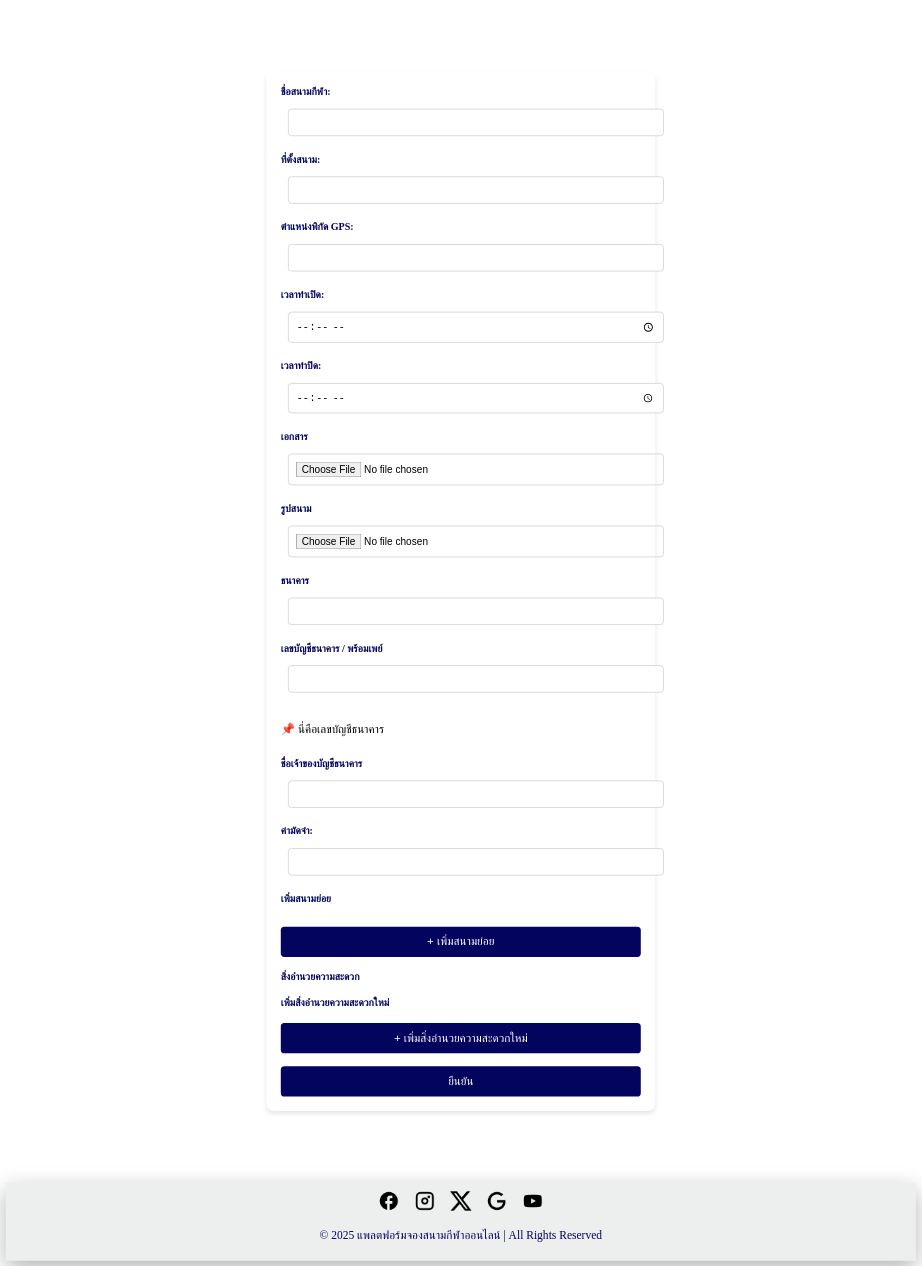
Repository: narawit101/project2
Page: /register-field (app in frontend/)
The author's editor kept a copy of each file at every save. The page is drawn from the files as they stood at one save, then again after the next save.
The browser window is 1280 px wide. The pictures show the whole page, at 72% of full size.
The page's requests for data from a server got no answer. The project was rebuilt for these pictures with package versions that can differ from the ones it lists, and the page was loaded fresh each time. The framework's server and built-in components were replaced by stand-ins that run in the browser. No one was signed in, and anything a server would have sent is missing. Also part of the build but not shown: frontend/next.config.js, frontend/next.config.mjs, frontend/src/app/globals.css.

Above is the page before, as saved 2025-03-18 23:43:27.

### frontend/src/app/layout.jsx
import { Kanit } from "next/font/google";
import "./globals.css";
import  Footer from "./components/Footer"

const kanitFont = Kanit({
  variable: "--font-kanit",
  subsets: ["latin", "thai"],
  weight: ["300", "400", "600"],
});

export const metadata = {
  title: "แพลตฟอร์มจองสนามกีฬาออนไลน์",
  description: "Generated by create next app",
  icons: {
    icon:"./favicon.ico"
  }
};

export default function RootLayout({ children }) {
  return (
    <html lang="en">
      <body className={`${kanitFont.variable} antialiased`}>{children}
      <Footer></Footer>
      </body>

    </html>
  );
}

### frontend/src/app/(shared)/register-field/page.jsx
import React from "react";
import RegisterFieldForm from "@/app/components/RegisterFieldForm";

export default function RegisterFieldPage() {
  return (
    <>
    <RegisterFieldForm></RegisterFieldForm>

    </>
  );
}

### frontend/src/app/components/Footer.jsx
import React from "react";
import "../css/footer.css";

export default function Footer() {
  return (
    <div>
      <footer className="footer">
        <div className="social-icons">
          <a href="#">
            <img src="img/fblogo.png" alt="Facebook" />
          </a>
          <a href="#">
            <img src="img/iglogo.png" alt="Instagram" />
          </a>
          <a href="#">
            <img src="img/xlogo.png" alt="Twitter" />
          </a>
          <a href="#">
            <img src="img/gglogo.png" alt="Google" />
          </a>
          <a href="#">
            <img src="img/ytlogo.png" alt="YouTube" />
          </a>
        </div>

        <p className="copyright">
          &copy; 2025 แพลตฟอร์มจองสนามกีฬาออนไลน์ | All Rights Reserved
        </p>
      </footer>
    </div>
  );
}

### frontend/src/app/components/RegisterFieldForm.jsx
"use client";
import React, { useState, useEffect } from "react";
import "../css/registerFieldForm.css";

export default function RegisterFieldForm() {
  const API_URL = "http://localhost:5000";

  const [sports, setSports] = useState([]);
  const [facilities, setFacilities] = useState([]);
  const [selectedFacilities, setSelectedFacilities] = useState({});
  const [subFields, setSubFields] = useState([]);
  const [addOns, setAddons] = useState([]);
  const [newFacility, setNewFacility] = useState("");
  const [showNewFacilityInput, setShowNewFacilityInput] = useState(false);

  const [fieldData, setFieldData] = useState({
    field_name: "",
    address: "",
    gps_location: "",
    documents: null,
    open_hours: "",
    close_hours: "",
    img_field: null,
    preview_img: null,
    number_bank: "",
    account_holder: "",
    price_deposit: "",
    name_bank: "",
    selectedSport: "",
  });

  // 📌 โหลดประเภทกีฬา
  useEffect(() => {
    fetch(`${API_URL}/sports_types`)
      .then((res) => res.json())
      .then((data) => setSports(data))
      .catch((error) => console.error("Error fetching sports:", error));
  }, []);

  // 📌 โหลดสิ่งอำนวยความสะดวก
  useEffect(() => {
    fetch(`${API_URL}/facilities`)
      .then((res) => res.json())
      .then((data) => setFacilities(data))
      .catch((error) => console.error("Error fetching facilities:", error));
  }, []);

  // 📌 อัปเดตค่าช่องกรอกข้อมูลสนาม
  const handleFieldChange = (e) => {
    setFieldData({ ...fieldData, [e.target.name]: e.target.value });
  };

  // 📌 ฟังก์ชันเลือก Checkbox สิ่งอำนวยความสะดวก
  const handleFacilityChange = (facId) => {
    setSelectedFacilities((prev) => {
      const updatedFacilities = { ...prev };
      if (updatedFacilities[facId] !== undefined) {
        delete updatedFacilities[facId];
      } else {
        updatedFacilities[facId] = "";
      }
      return updatedFacilities;
    });
  };

  // 📌 ฟังก์ชันอัปเดตราคาสิ่งอำนวยความสะดวก
  const handleFacilityPriceChange = (facId, price) => {
    setSelectedFacilities((prev) => ({
      ...prev,
      [facId]: price,
    }));
  };

  // 📌 ฟังก์ชันเพิ่มสิ่งอำนวยความสะดวกใหม่
  const addNewFacility = async () => {
    if (!newFacility.trim()) return;

    const res = await fetch(`${API_URL}/facilities/add`, {
      method: "POST",
      headers: { "Content-Type": "application/json" },
      body: JSON.stringify({ fac_name: newFacility }),
    });

    const data = await res.json();
    if (data.error) {
      console.error("Error:", data.error);
      return;
    }

    setFacilities([...facilities, data]);
    setNewFacility("");
    setShowNewFacilityInput(false);
  };

  // ✅ เพิ่มสนามย่อย (มี addOns ในตัวเอง)
  const addSubField = () => {
    // ✅ ดึง user_id จาก localStorage
    const storedUser = localStorage.getItem("user");
    const userData = storedUser ? JSON.parse(storedUser) : null;
    const userId = userData ? userData.user_id : null; // ดึง user_id

    setSubFields([
      ...subFields,
      { name: "", price: "", sport_id: "", user_id: userId, addOns: [] },
    ]);
  };

  // ✅ ลบสนามย่อย (รวมถึง Add-ons ที่อยู่ภายใน)
  const removeSubField = (index) => {
    setSubFields(subFields.filter((_, i) => i !== index));
  };

  // ✅ อัปเดตข้อมูลสนามย่อย
  const updateSubField = (index, key, value) => {
    const updatedSubFields = [...subFields];
    updatedSubFields[index][key] = value;
    setSubFields(updatedSubFields);
  };

  const addAddOn = (subIndex) => {
    const updatedSubFields = [...subFields];
    updatedSubFields[subIndex].addOns.push({ content: "", price: "" });
    setSubFields(updatedSubFields);
  };

  // 📌 อัปเดตค่า Add-on
  const updateAddOn = (subIndex, addOnIndex, key, value) => {
    const updatedSubFields = [...subFields];
    updatedSubFields[subIndex].addOns[addOnIndex][key] = value;
    setSubFields(updatedSubFields);
  };

  // 📌 ลบ Add-on
  const removeAddOn = (subIndex, addOnIndex) => {
    const updatedSubFields = [...subFields];
    updatedSubFields[subIndex].addOns.splice(addOnIndex, 1);
    setSubFields(updatedSubFields);
  };

  // 📌 ฟังก์ชันจัดการอัปโหลดรูป และแสดงตัวอย่าง
  const handleimgChange = (e) => {
    const file = e.target.files[0]; // ดึงไฟล์รูปจาก input
    if (file) {
      setFieldData({
        ...fieldData,
        img_field: file,
        imgPreview: URL.createObjectURL(file), // สร้าง URL เพื่อแสดงรูป
      });
    }
  };

  const handleSubmit = async (e) => {
    e.preventDefault();

    const storedUser = localStorage.getItem("user");
    if (!storedUser) {
      alert("❌ กรุณาเข้าสู่ระบบก่อน!");
      return;
    }

    const userData = JSON.parse(storedUser);
    const userId = userData.user_id; // ✅ ดึง user_id ตอน Submit

    const formData = new FormData();
    formData.append("documents", fieldData.documents);
    formData.append("img_field", fieldData.img_field); // ✅ เพิ่มการส่งรูปภาพ
    formData.append(
      "data",
      JSON.stringify({
        user_id: userId,
        field_name: fieldData.field_name,
        address: fieldData.address,
        gps_location: fieldData.gps_location,
        open_hours: fieldData.open_hours,
        close_hours: fieldData.close_hours,
        number_bank: fieldData.number_bank,
        account_holder: fieldData.account_holder,
        price_deposit: fieldData.price_deposit,
        name_bank: fieldData.name_bank,
        status: fieldData.status || "รอตรวจสอบ", // ✅ เพิ่มค่า Status
        selectedFacilities,
        subFields: subFields,
      })
    );

    try {
      const res = await fetch("http://localhost:5000/field/register", {
        method: "POST",
        body: formData,
      });

      const data = await res.json();
      if (data.error) {
        console.error("❌ Error:", data.error);
        alert("เกิดข้อผิดพลาด: " + data.error);
        return;
      }

      alert("บันทึกข้อมูลสนามเรียบร้อย! รูปภาพถูกอัปโหลดที่: " + data.img_path);
    } catch (error) {
      console.error("❌ Fetch Error:", error);
      alert("เกิดข้อผิดพลาดในการส่งข้อมูล");
    }
  };

  return (
    <div className="contianer">
      <form onSubmit={handleSubmit} encType="multipart/form-data">
        <div className="input-group">
          {" "}
          <label>ชื่อสนามกีฬา:</label>
          <input
            type="text"
            name="field_name"
            value={fieldData.field_name}
            onChange={handleFieldChange}
          />
        </div>
        <div className="input-group">
          <label>ที่ตั้งสนาม:</label>
          <input
            type="text"
            name="address"
            value={fieldData.address}
            onChange={handleFieldChange}
          />
        </div>
        <div className="input-group">
          <label>ตำแหน่งพิกัด GPS:</label>
          <input
            type="text"
            name="gps_location"
            value={fieldData.gps_location}
            onChange={handleFieldChange}
          />
        </div>
        <div className="input-group">
          <label>เวลาทำเปิด:</label>
          <input
            type="time"
            name="open_hours"
            value={fieldData.open_hours}
            onChange={handleFieldChange}
          />
        </div>
        <div className="input-group">
          <label>เวลาทำปิด:</label>
          <input
            type="time"
            name="close_hours"
            value={fieldData.close_hours}
            onChange={handleFieldChange}
          />
        </div>
        <div className="input-group">
          <label htmlFor="documents">เอกสาร</label>
          <input
            type="file"
            onChange={(e) =>
              setFieldData({ ...fieldData, documents: e.target.files[0] })
            }
          />
        </div>
        <div className="input-group">
          <label htmlFor="img_field">รูปสนาม</label>

          <input type="file" onChange={handleimgChange} accept="image/*" />
        </div>
        {/* ✅ แสดงรูปตัวอย่างถ้ามีการอัปโหลด */}
        {fieldData.imgPreview && (
          <div>
            <p>ตัวอย่างรูป:</p>
            <img
              src={fieldData.imgPreview}
              alt="Preview"
              style={{ width: "200px", height: "auto", marginTop: "10px" }}
            />
          </div>
        )}
        <div className="input-group">
          <label htmlFor="bank">ธนาคาร</label>
          <input
            type="text"
            name="name_bank"
            value={fieldData.name_bank}
            onChange={handleFieldChange}
          />
        </div>
        <div className="input-group">
          <label htmlFor="bank">เลขบัญชีธนาคาร / พร้อมเพย์</label>
          <input
            type="number"
            name="number_bank"
            value={fieldData.number_bank}
            onChange={(e) => {
              const value = e.target.value;

              // ✅ อนุญาตเฉพาะตัวเลข
              if (/^\d*$/.test(value)) {
                setFieldData({ ...fieldData, number_bank: value });
              }
            }}
            onBlur={() => {
              const isPromptPay = fieldData.name_bank === "พร้อมเพย์";
              const length = fieldData.number_bank.length;

              // ✅ ตรวจสอบความถูกต้องของเลขที่กรอก
              if (
                (!isPromptPay && length !== 12) || // ✅ ถ้าเป็นบัญชีธนาคารต้อง 12 หลัก
                (isPromptPay && length !== 10 && length !== 13) // ✅ ถ้าเป็นพร้อมเพย์ต้อง 10 หรือ 13 หลัก
              ) {
                alert("เลขที่กรอกไม่ถูกต้อง กรุณากรอกให้ตรงกับเงื่อนไข");
                setFieldData({ ...fieldData, number_bank: "" }); // ❌ เคลียร์ค่า
              }
            }}
            maxLength={13} // ✅ จำกัดสูงสุดที่ 13 หลัก
          />
        </div>
        <div className="input-group">
          <p>
            📌{" "}
            {fieldData.name_bank === "พร้อมเพย์"
              ? "นี่คือหมายเลขพร้อมเพย์"
              : "นี่คือเลขบัญชีธนาคาร"}
          </p>
        </div>
        <div className="input-group">
          <label htmlFor="bank">ชื่อเจ้าของบัญชีธนาคาร</label>
          <input
            type="text"
            name="account_holder"
            value={fieldData.account_holder}
            onChange={handleFieldChange}
          />
        </div>
        <div className="input-group">
          <label>ค่ามัดจำ:</label>
          <input
            type="number"
            name="price_deposit"
            value={fieldData.price_deposit}
            onChange={handleFieldChange}
          />
        </div>
        <div className="input-group">
          <label>เพิ่มสนามย่อย</label>
        </div>
        {subFields.map((sub, subIndex) => (
          <div
            key={subIndex}
            style={{
              border: "1px solid #ccc",
              padding: "10px",
              marginBottom: "10px",
            }}
          >
            {/* ✅ Input กรอกชื่อสนามย่อย */}
            <div className="input-group">
              <input
                type="text"
                placeholder="ชื่อสนามย่อย"
                value={sub.name}
                onChange={(e) =>
                  updateSubField(subIndex, "name", e.target.value)
                }
              />
            </div>
            {/* ✅ Input กรอกราคา */}
            <div className="input-group">
              <input
                type="number"
                placeholder="ราคา"
                value={sub.price}
                onChange={(e) =>
                  updateSubField(subIndex, "price", e.target.value)
                }
              />
            </div>

            {/* ✅ Dropdown เลือกประเภทกีฬา */}
            <div className="input-group">
              <select
                value={sub.sport_id}
                onChange={(e) =>
                  updateSubField(subIndex, "sport_id", e.target.value)
                }
              >
                <option value="">เลือกประเภทกีฬา</option>
                {sports.map((sport) => (
                  <option key={sport.sport_id} value={sport.sport_id}>
                    {sport.sport_name}
                  </option>
                ))}
              </select>
            </div>

            {/* ✅ ปุ่มเพิ่มกิจกรรมเพิ่มเติม (เฉพาะสนามนี้) */}
            <button
              className="addbtn"
              type="button"
              onClick={() => addAddOn(subIndex)}
            >
              เพิ่มกิจกรรมเพิ่มเติม
            </button>

            {/* ✅ ปุ่มลบสนามย่อย */}
            <button
              className="delbtn"
              type="button"
              onClick={() => removeSubField(subIndex)}
            >
              ลบสนามย่อย
            </button>

            {/* ✅ แสดงรายการกิจกรรมเพิ่มเติมที่อยู่ในสนามนี้ */}
            {sub.addOns.map((addon, addOnIndex) => (
              <div
                key={addOnIndex}
                style={{ marginLeft: "20px", marginTop: "5px" }}
              >
                {/* ✅ Input กรอกชื่อกิจกรรม */}
                <div className="input-group">
                  <input
                    type="text"
                    placeholder="ชื่อกิจกรรม"
                    value={addon.content}
                    onChange={(e) =>
                      updateAddOn(
                        subIndex,
                        addOnIndex,
                        "content",
                        e.target.value
                      )
                    }
                  />
                </div>
                {/* ✅ Input กรอกราคา */}
                <div className="input-group">
                  <input
                    type="number"
                    placeholder="ราคา"
                    value={addon.price}
                    onChange={(e) =>
                      updateAddOn(subIndex, addOnIndex, "price", e.target.value)
                    }
                  />
                </div>

                {/* ✅ ปุ่มลบกิจกรรมเพิ่มเติม */}
                <button
                  className="delevn"
                  type="button"
                  onClick={() => removeAddOn(subIndex, addOnIndex)}
                >
                  ลบกิจกรรมเพิ่มเติม
                </button>
              </div>
            ))}
          </div>
        ))}

        {/* ✅ ปุ่มเพิ่มสนามย่อย */}

        <button className="addsubfield" type="button" onClick={addSubField}>
          + เพิ่มสนามย่อย
        </button>
        <div className="input-group">
          <label>สิ่งอำนวยความสะดวก</label>
        </div>
        {facilities.map((fac) => (
          <div key={fac.fac_id}>
            <input
              type="checkbox"
              checked={selectedFacilities[fac.fac_id] !== undefined}
              onChange={() => handleFacilityChange(fac.fac_id)}
            />
            {fac.fac_name}
            {selectedFacilities[fac.fac_id] !== undefined && (
              <input
                type="number"
                placeholder="กำหนดราคา"
                value={selectedFacilities[fac.fac_id]}
                onChange={(e) =>
                  handleFacilityPriceChange(fac.fac_id, e.target.value)
                }
              />
            )}
          </div>
        ))}
        <div className="input-group">
          <label>เพิ่มสิ่งอำนวยความสะดวกใหม่</label>
        </div>
        {!showNewFacilityInput ? (
          <button type="button" onClick={() => setShowNewFacilityInput(true)}>
            + เพิ่มสิ่งอำนวยความสะดวกใหม่
          </button>
        ) : (
          <div>
            <input
              type="text"
              placeholder="ชื่อสิ่งอำนวยความสะดวก"
              value={newFacility}
              onChange={(e) => setNewFacility(e.target.value)}
            />
            <button type="button" onClick={addNewFacility}>
              บันทึก
            </button>
            <button
              type="button"
              onClick={() => setShowNewFacilityInput(false)}
            >
              ยกเลิก
            </button>
          </div>
        )}

        <br />
        <button type="submit">ยืนยัน</button>
      </form>
    </div>
  );
}

### frontend/src/app/css/footer.css
:root {
  --text-color: #03045e;
}
.footer {
  background: #edefef;
  padding: 10px 0;
  text-align: center;
  color: var(--text-color);
  position: relative;
  box-shadow: 0px 10px 30px rgba(0, 0, 0, 0.3);
}

.social-icons {
  display: flex;
  justify-content: center;
  gap: 20px;
  margin-bottom: 20px;
}

.social-icons a img {
  width: 30px;
  height: 30px;
  transition: transform 0.3s ease-in-out;
}

.social-icons a:hover img {
  transform: scale(1.1);
  filter: brightness(1.2);
}

.copyright {
  font-size: 16px;
}

### frontend/src/app/css/registerFieldForm.css
:root {
  --text-color: #03045e;
}

.contianer {
  max-width: 500px;
  margin: 100px auto;
  padding: 20px;
  background: #ffffff;
  box-shadow: 0 4px 8px rgba(0, 0, 0, 0.1);
  border-radius: 10px;
  text-align: left;
}
form {
  display: flex;
  flex-direction: column;
}

.input-group {
    margin-bottom: 15px;
    text-align: left;
  }

label {
  font-size: 14px;
  font-weight: 600;
  color: var(--text-color);
  display: block;
  margin-bottom: 5px;
}

input {
  margin: 10px;
  width: 100%;
  padding: 10px;
  border: 1px solid #ccc;
  border-radius: 5px;
  font-size: 14px;
  transition: 0.3s;
}

input:focus {
  border-color: var(--text-color);
  box-shadow: 0 0 5px rgba(3, 4, 94, 0.5);
  outline: none;
}
.addbtn {
    margin: 0px 0px 10px 0px;
}
.delbtn {
    margin: 0px 0px 10px 10px;
}
.delevn{
    margin: 0px 0px 10px 0px;
}
.addsubfield{
    margin: 10px 0px 20px 0px;
}
.addfac{
    margin: 10px 0px 20px 0px;
}
button {
  background: var(--text-color);
  color: white;
  border: none;
  padding: 12px;
  font-size: 16px;
  cursor: pointer;
  border-radius: 5px;
  transition: 0.3s;
}

button:hover {
  background: #02226c;
}

### frontend/tailwind.config.mjs
/** @type {import('tailwindcss').Config} */
export default {
  content: [
    "./src/pages/**/*.{js,ts,jsx,tsx,mdx}",
    "./src/components/**/*.{js,ts,jsx,tsx,mdx}",
    "./src/app/**/*.{js,ts,jsx,tsx,mdx}",
  ],
  theme: {
    extend: {
      colors: {
        background: "var(--background)",
        foreground: "var(--foreground)",
      },
    },
  },
  plugins: [],
};

After the next save:
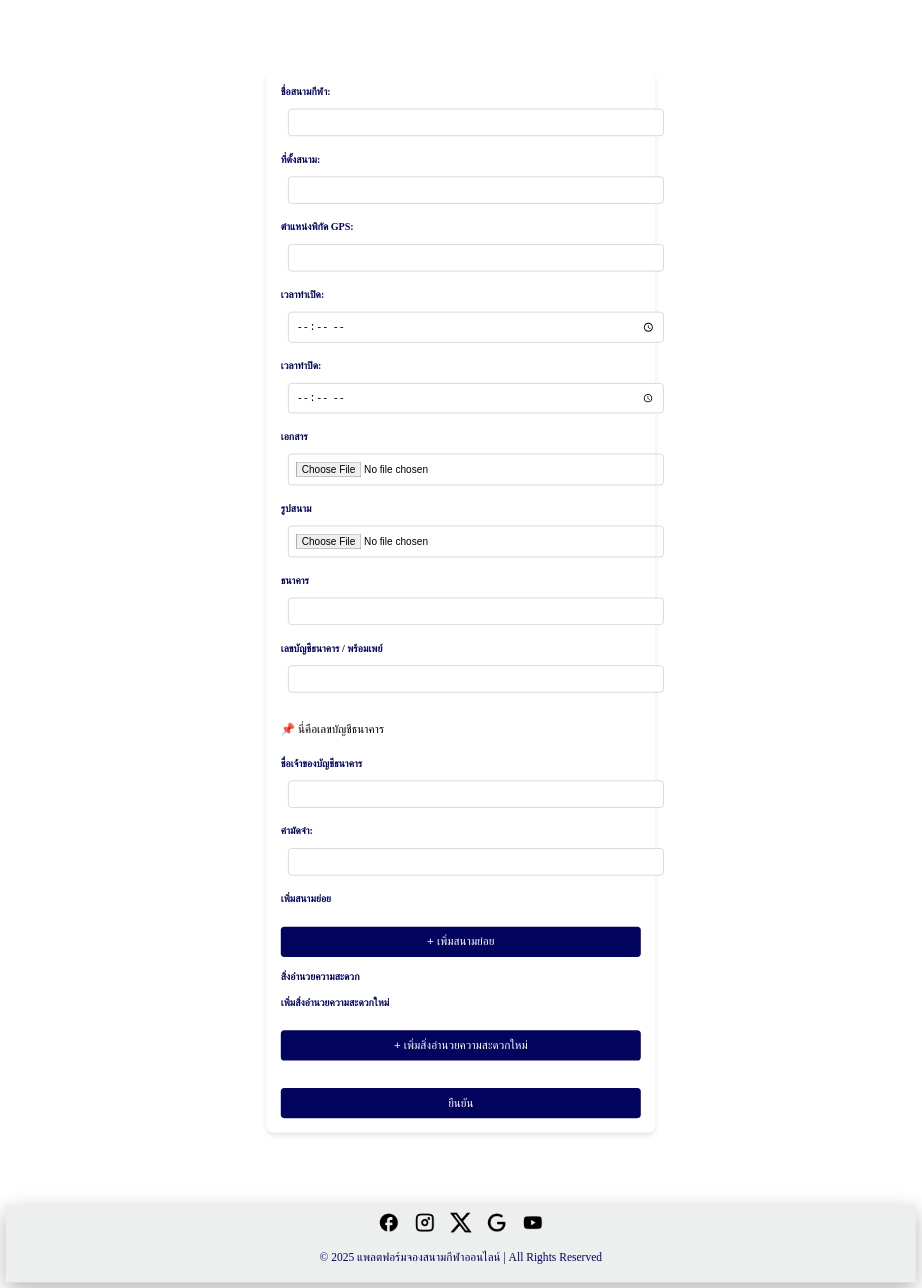
Saved 7 s later.
--- a/frontend/src/app/components/RegisterFieldForm.jsx
+++ b/frontend/src/app/components/RegisterFieldForm.jsx
@@ -491,7 +491,7 @@ export default function RegisterFieldForm() {
           <label>เพิ่มสิ่งอำนวยความสะดวกใหม่</label>
         </div>
         {!showNewFacilityInput ? (
-          <button type="button" onClick={() => setShowNewFacilityInput(true)}>
+          <button className="addfac" type="button" onClick={() => setShowNewFacilityInput(true)}>
             + เพิ่มสิ่งอำนวยความสะดวกใหม่
           </button>
         ) : (
